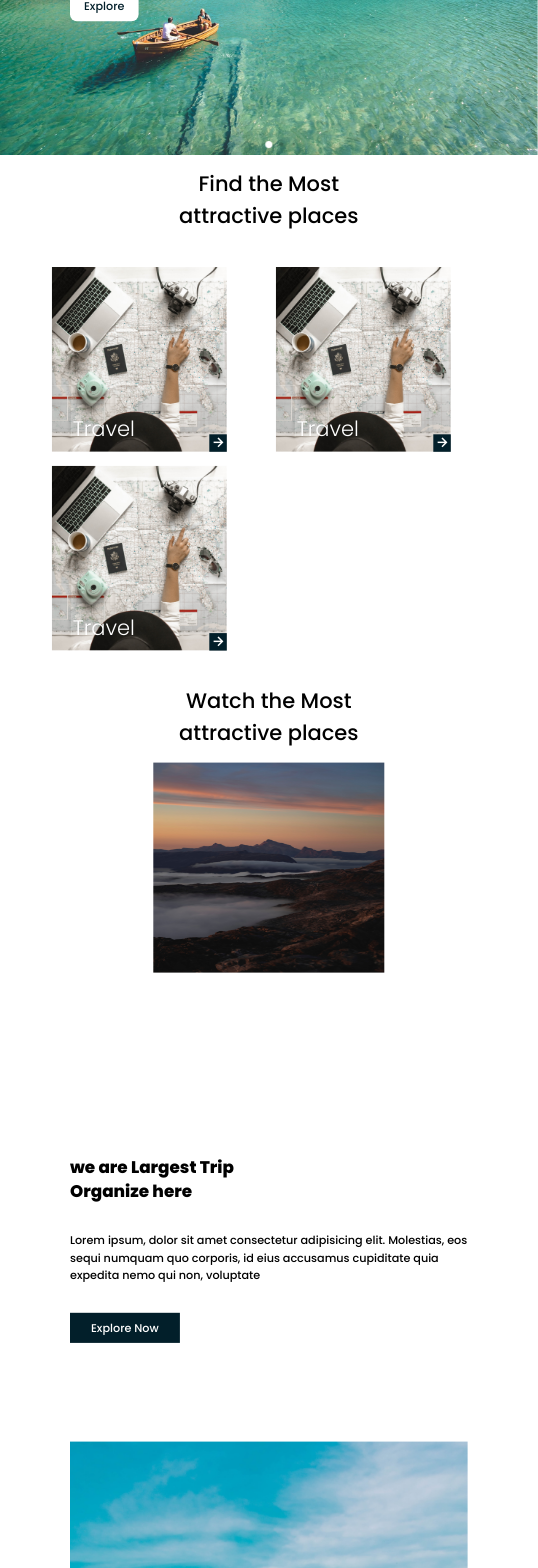
Repository: OmniaRafat232111121/Traveling
Page: index.html
An editor plug-in stored every save of this project. The page is shown before and after a run of saves, followed by the edit.
The browser window is 768 px wide. The pictures show the part of the page from y = 419 to 2659 px (the page is 4003 px tall before and 4203 px after), at 70% of full size.

Above is the page before, as saved 2022-12-20 13:46:31.

### index.html
<!DOCTYPE html>
<html lang="en">
<head>
    <meta charset="UTF-8">
    <meta http-equiv="X-UA-Compatible" content="IE=edge">
    <meta name="viewport" content="width=device-width, initial-scale=1.0">
    <title>Travel Css</title>
    <link rel="stylesheet" href="css/style.css">
    <!--swiper-->
       <link
  rel="stylesheet"
  href="https://cdn.jsdelivr.net/npm/swiper@8/swiper-bundle.min.css"
/>
<!--Box icon-->
 <link rel="stylesheet"
  href="https://cdn.jsdelivr.net/npm/boxicons@latest/css/boxicons.min.css">
</head>
<body>
    <!--navbar start-->
    <header class="header">
        <div class="logo">
        <a href="index.html" >Travel</a>
        </div>
        <!-- <div class="bx bx-menu" id="menu-icon"></div> -->
        <i class='bx bx-menu'  id="menu-icon"></i>
        <nav>
            <ul>
                <li><a href="index.html">Home</a></li>
                <li><a href="#about">About</a></li>
                <li><a href="#places">Places</a></li>
                <li><a href="#viedos">Videos</a></li>
            </ul>
        </nav>

    </header>
   <!--navbar end-->
   <!--home start-->
   <section class="home swiper" id="home">
   <div class="swiper-wrapper">
        <div class="swiper-slide container">
            <img src="./imgs/travel1.jpg" alt="travel"/>
            <div class="home-text">
                <span>Discover now</span>
                <h1>Explore the <br>Beautiful<br> of Malidives</h1>
                <a href="#" class="btn"> Explore</a>
            </div>
        </div>

        <div class="swiper-slide container">
            <img src="./imgs/dessert.jpg" alt="travel"/>\
            <div class="home-text">
                <span>Discover now</span>
                <h1>Explore the <br>Beautiful<br> of Malidives</h1>
                <a href="#" class="btn"> Explore</a>
            </div>
        </div>
        <div class="swiper-slide container">
            <img src="./imgs/travel3.jpg" alt="travel"/>
            <div class="home-text">
                <span>Discover now</span>
                <h1>Explore the <br>Beautiful<br> of Malidives</h1>
                <a href="#" class="btn"> Explore</a>
            </div>
        </div>

      </div>
    <div class="swiper-pagination"></div>
   </section>
   <!--home end-->

   <!--places start-->
   <section class="places" id="places">
    <div class="heading">
        <h1>Find the Most <br>attractive places</h1>
        <div class="places-container">
            <div class="box">
                <div class="place-image">
                   <img  src="./imgs/p1.jpg" alt="image" />
                </div>
                <div class="place-heading">
                    <h2>Travel</h2>
                </div>
                <i class='bx bx-right-arrow-alt place-icon'></i>

            </div>
            <div class="box">
                <div class="place-image">
                   <img  src="./imgs/p1.jpg" alt="image" />
                </div>
                <div class="place-heading">
                    <h2>Travel</h2>
                </div>
                <i class='bx bx-right-arrow-alt place-icon'></i>

            </div>
            <div class="box">
                <div class="place-image">
                   <img  src="./imgs/p1.jpg" alt="image" />
                </div>
                <div class="place-heading">
                    <h2>Travel</h2>
                </div>
                <i class='bx bx-right-arrow-alt place-icon'></i>

            </div>

        </div>

    </div>

   </section>

   <!--places ends-->

   <section class="Videos" id="Videos">
    <div class="heading">
        <h1>Watch the Most <br>attractive places</h1>
        </div>
     <div class="image-container">
            <img src="./imgs/rose.jpg" at="image"/>
</div>
    </div>

   </section>
   <section class="about">
     <div class=" about-heading">
        <h2>we are Largest Trip <br>Organize here</h2>
        <p>Lorem ipsum, dolor sit amet consectetur adipisicing elit. Molestias, eos sequi numquam quo corporis, id eius accusamus cupiditate quia expedita nemo qui non, voluptate
            </p>
   <a href="index.html" class="btnn">Explore Now</a>
            </div>
   <div class="about-image">
    <img src="./imgs/p2.jpg" alt="image2"/>

   </div>

   </section>


   <section class="footer">
    <div class="footer-box">
        <h3>Travel</h3>
        <p>Lorem ipsum dolor sit amet, consectetur adipisicing elit. Molestiae eius maiores officia sed aliquid dicta dolore inventore numquam? Suscipit, quod!</p>
    <div class="social-icons">
        <a href="#"><i class='bx bxl-twitter'></i></a>
       <a href="#"><i class='bx bxl-facebook'></i></a>
       <a href="#"><i class='bx bxl-instagram'></i></a>
       <a href="#"><i class='bx bxl-linkedin-square' ></i></a>
    </div>
    </div>
     <div class="footer-box">
        <h3>Services</h3>
        <li><a href="#">Product</a></li>
         <li><a href="#">Help&support</a></li>
         <li><a href="#">Pricing</a></li>
         <li><a href="#">FAQ</a></li>

     </div>
     <div class="footer-box">
        <h3>Offices</h3>
        <li><a href="#">Pakistan</a></li>
         <li><a href="#">Japan</a></li>
        <li><a href="#">Italy</a></li>
         <li><a href="#">United States</a></li>

     </div>
      <div class="footer-box">
        <h3>Contact Us</h3>
        <li><a href="#">About Us</a></li>
         <li><a href="#">Our Team</a></li>
        <li><a href="#">Our blog</a></li>
         <li><a href="#">Customers</a></li>

     </div>
   </section>
<!--swiper-->
<script src="https://cdn.jsdelivr.net/npm/swiper@8/swiper-bundle.min.js"></script>
<!--custom js-->
<script src="main.js"></script>
</body>
</html>

### css/style.css
@import url('https://fonts.googleapis.com/css2?family=Be+Vietnam+Pro:wght@100&family=Inter:wght@100;300;400;500;600&family=Montserrat:wght@400;700&family=Nunito:ital,wght@0,200;0,300;1,200&family=Open+Sans:ital,wght@0,300;0,600;0,700;1,300&family=Poppins:ital,wght@0,200;0,300;0,500;0,600;0,800;0,900;1,100;1,200;1,300;1,500&family=Work+Sans:ital,wght@0,100;0,200;0,400;0,500;1,200;1,300&display=swap');
*{
    padding:0;
    margin:0;
    box-sizing: border-box;
    font-family: Poppins,'sans-serif';
    scroll-behavior: smooth;
}
:root{
    --text-color:#021f2a;
    --bf-color:#fff;
}
li{
    list-style: none;
}
a{
    text-decoration: none;
}
header{
    position:fixed;
    width:100%;
    top:0;
    left:0;
    right:0;
    display:flex;
    align-items: center;
    justify-content: space-between;
    padding:10px 20px;
    transition: 0.3s;
    z-index:10000;
    color:#021f2a;
}
header.shadow{
    background: #021f2a;
    box-shadow: 0 0 4px rgb(14 55 54 / 15%);

}
header  .logo a{
 color:#fff;
position: relative;
top:-2px;
}
header  nav ul li a{
 color:#fff;
position: relative;
top:-2px;
}
@media(max-width:700px){
    nav ul li a{
        display:none;
    }
    #menu-icon{
        display:block;
    }
}
nav ul li{
    display:inline-block;
    margin-left: 100px;

}
nav ul li a{
    color:#fff;
}
.logo a{
    font-size: 1rem;
    font-weight: 600;
    color:var(--bf-color)
}
nav ul li {
    position: relative;
}
nav ul li a::after{
    content:" ";
    width:0%;
    height:2px;
    background-color:#fff;
    position: absolute;
    bottom: -3px;
    left:0;
    transition: 0.3s;

}
nav ul li a:hover::after{
 width:50px;
}

#menu-icon{
    display:none;
    cursor: pointer;
    z-index:10001;

}
.container{
    position:relative;
    width:100%;
    min-height:640px ;
    display: flex;
    align-items: center;
}
.container img{
    position: absolute;
    width:100%;
    height:100%;
    object-fit: cover;
}
.swiper-pagination-bullet{
padding:5px;
 background:var(--bf-color);
}
/* .swiper-pagination-bullet-active{
    background:var(--bf-color);
} */
span.swiper-pagination-bullet.swiper-pagination-bullet-active.swiper-pagination-bullet-active-main {
    background: #fff;
}
.home-text{
    z-index:20001;
    padding:0px 100px;
}
.home-text span{
    color:#fff;
    font-size: 10px;
}
.home-text h1{
    font-weight: 700;
    font-size: 35px;
    color:#fff;
     margin-bottom: 30px;
}
.home-text h1:hover{
    color:var(--text-color);
    transition: 0.3s linear;
}
.btn{
    background-color: var(--bf-color);
    color:var(--text-color);
    padding:10px 20px;
    border-radius: 10px;
    margin-top: 70px;
    font-weight: 500;
}
.btn:hover{
    color: var(--bf-color);
    background-color:var(--text-color);
}

.heading{
    text-align: center;
}
.heading h1{
    font-weight: 500;
    padding:20px;
    font-size: 30px;
}
.places-container{
    display:grid;
    grid-template-columns: repeat(auto-fill,minmax(300px,auto));
    gap:20px;
    padding:30px;
    justify-content: center;
}
.places-container .box{
    position:relative;
}
.box .place-image{
    width:250px;
    height:100%;
    overflow: hidden;
}
.places-container .box .place-image img{
    width:100%;
    height:100%;
}
 .box .place-image img:hover{
    transform: scale(1.1);
    transition: 0.3s;
}
.place-heading {
position:absolute;
bottom:10px;
}
.place-heading h2{
    font-weight: 300;
    font-size: 30px;
    color:var(--bf-color);
    margin-left:30px;

}
.place-icon{
    position:absolute;
    bottom:0px;
    right:50px;
    color:var(--bf-color);
    background-color: var(--text-color);
    font-size: 25px;
    cursor: pointer;
}
.place-icon:hover{
    background-color:var(--bf-color);
    color: var(--text-color);
}
/*viedos*/
.image-container{
    display:flex;
    align-items: center;
    justify-content: center;
}
.image-container img{
    width:330px;
    height:300px;
}
/*about*/
.about{
    display:grid;
    grid-template-columns: repeat(auto-fill,minmax(300px,auto));
    gap:150px;
    padding:100px;
    justify-content: center;
    margin-top: 40px;
}
.about-image img{
    max-width:100%;
    width:100%;
    overflow: hidden;
}
.about-heading h2{
margin-top:120px;
}
.about-heading p{
    margin-top:40px;
    font-size: 16px;
     margin-bottom: 50px;
}
.btnn{
   background-color:var(--text-color);
    color: var(--bf-color);
    padding:10px 30px;
    font-weight: 500;
    margin-top: 50px;
}
.btnn:hover{
background-color: var(--bf-color);
color:var(--text-color);
}
.footer{
      display:grid;
    grid-template-columns: repeat(auto-fill,minmax(200px,auto));
    gap:60px;
    padding:100px;
    justify-content: center;
    background-color: #021f2a;

}
.footer-box h3{
   color: #3d7c94;
    margin-bottom: 10px;

}
.footer .footer-box li a{
    color:#fff;

}
.footer .footer-box li a:hover{
    padding-left:10px;
}
.footer-box p{
    color:#fff;
    font-size: 12px;
    margin-top: 10px;
}
.social-icons i{
    color:#021f2a;
    background-color: #fff;
    padding:10px;
    border-radius: 10px;
    margin-top: 10px;

}
.social-icons i:hover{
    background-color:#021f2a;
   color: #fff;
}
/*responsive*/
@media(max-width:991px){
    header{
        padding:18px 4%;
    }
    section{
        padding: ;
    }
    #menu-icon{
        display:inline-block;
        position: absolute;
        right:30px;
        font-size: 20px;
        color:#fff;
        cursor: pointer;
        top:15px;
    }
}

@media (min-width:700px) {
     #menu-icon{
        display:none;
     }
}

### main.js
//header scroll
let header = document.querySelector('header');
window.addEventListener('scroll', () => {
    header.classList.toggle('shadow',window.scrollY > 0)
})


//swiper
var swiper = new Swiper(".home", {
       loop: true,
       grabCursor:true,
       pagination: {
          el: ".swiper-pagination",
          dynamicBullets: true,
        },
});

After the next 2 saves:
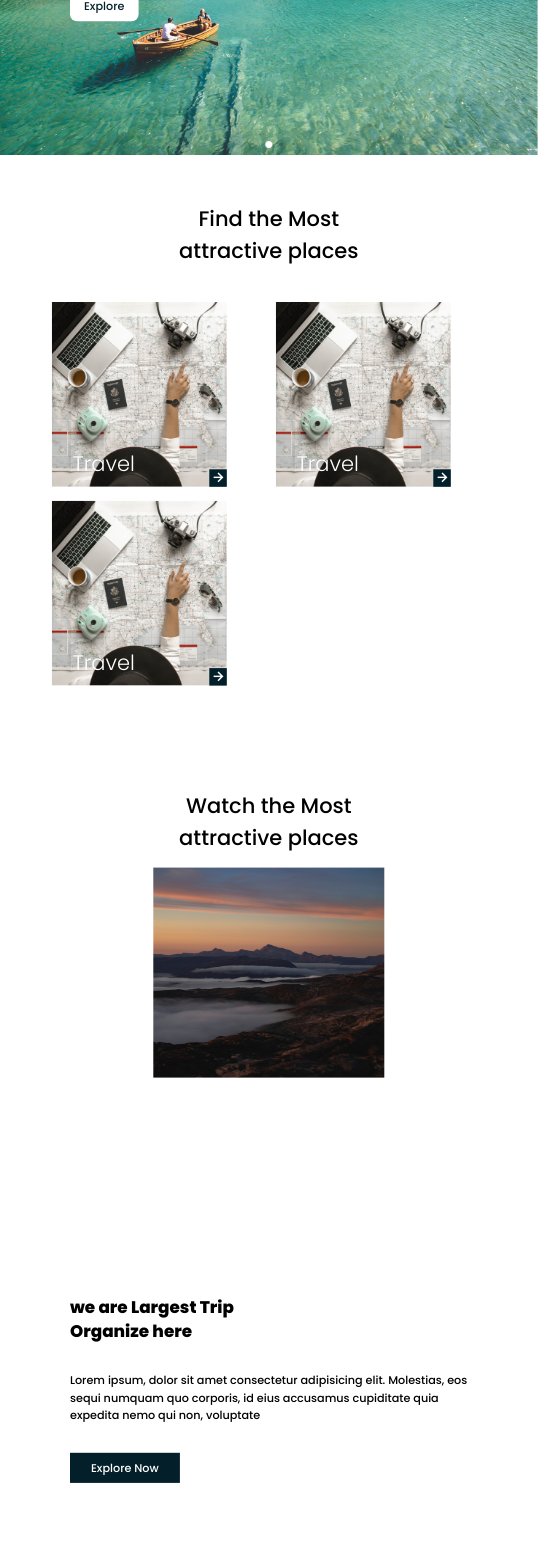
The 2 saves are shown as one change because they came seconds apart.
The last was saved 6 s later.
--- a/css/style.css
+++ b/css/style.css
@@ -286,7 +286,7 @@ color:var(--text-color);
         padding:18px 4%;
     }
     section{
-        padding: ;
+        padding: 50px 4%;
     }
     #menu-icon{
         display:inline-block;
